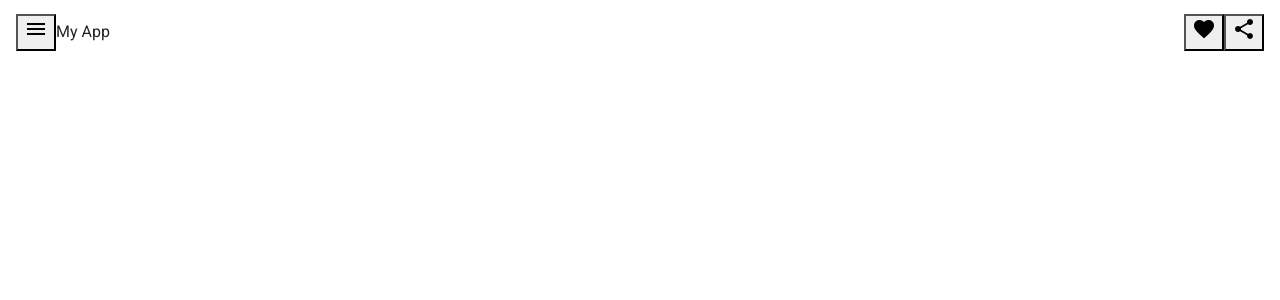
Repository: muriloopr/morilofitangular
Page: / (app in app/)
An editor plug-in stored every save of this project. The page is shown before and after a run of saves, followed by the edit.
The browser window is 1280 px wide. The pictures show the whole page.
The project was rebuilt for these pictures with package versions that can differ from the ones it lists, and the page was loaded fresh each time. Also part of the build but not shown: app/angular.json.

Above is the page before, as saved 2025-06-15 12:55:21.

### app/src/index.html
<!doctype html>
<html lang="en">
<head>
  <meta charset="utf-8">
  <title>App</title>
  <base href="/">
  <meta name="viewport" content="width=device-width, initial-scale=1">
  <link rel="icon" type="image/x-icon" href="favicon.ico">
  <link href="https://fonts.googleapis.com/css2?family=Roboto:wght@300;400;500&display=swap" rel="stylesheet">
  <link href="https://fonts.googleapis.com/icon?family=Material+Icons" rel="stylesheet">

</head>
<body class="mat-typography">
  <app-root></app-root>
</body>
</html>

### app/src/app/app.component.ts
import { Component } from '@angular/core';
import { RouterOutlet } from '@angular/router';
import { HomeComponent } from './home/home.component';
import { MatToolbarModule } from '@angular/material/toolbar';

@Component({
  selector: 'app-root',
  imports: [RouterOutlet, MatToolbarModule, HomeComponent],
  templateUrl: './app.component.html',
  styleUrl: './app.component.css'
})
export class AppComponent {
  title = 'app';
}

### app/src/app/home/home.component.ts
import {Component} from '@angular/core';
import {MatIconModule} from '@angular/material/icon';
import {MatButtonModule} from '@angular/material/button';
import {MatToolbarModule} from '@angular/material/toolbar';

@Component({
  selector: 'app-home',
  imports: [MatToolbarModule, MatButtonModule, MatIconModule],
  templateUrl: './home.component.html',
  styleUrl: './home.component.css'
})
export class HomeComponent {

}

### app/src/app/home/home.component.html

<mat-toolbar>
  <button matIconButton class="example-icon" aria-label="Example icon-button with menu icon">
    <mat-icon>menu</mat-icon>
  </button>
  <span>My App</span>
  <span class="example-spacer"></span>
  <button matIconButton class="example-icon favorite-icon" aria-label="Example icon-button with heart icon">
    <mat-icon>favorite</mat-icon>
  </button>
  <button matIconButton class="example-icon" aria-label="Example icon-button with share icon">
    <mat-icon>share</mat-icon>
  </button>
</mat-toolbar>

Loaded but not shown: app/src/styles.css (common file); app/src/main.ts (common file); app/src/app/app.config.ts (common file); app/src/app/app.routes.ts (common file); app/src/app/app.component.html (common file); app/src/app/home/home.component.css (common file); app/src/app/app.component.css (no copy from this time; the picture is the same without it)

After the next 2 saves:
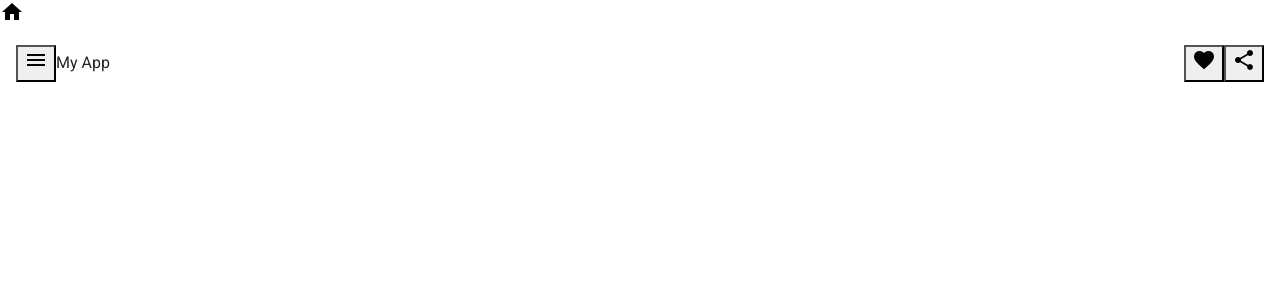
The 2 saves are shown as one change because they came seconds apart.
The last was saved 97 s later.
--- a/app/src/app/home/home.component.html
+++ b/app/src/app/home/home.component.html
@@ -1,4 +1,4 @@
-
+<mat-icon style="color: black;">home</mat-icon>
 <mat-toolbar>
   <button matIconButton class="example-icon" aria-label="Example icon-button with menu icon">
     <mat-icon>menu</mat-icon>

After the save that followed:
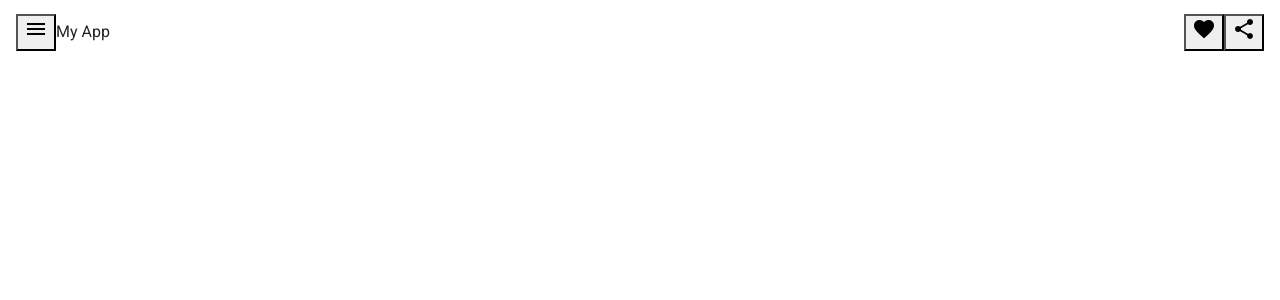
Saved 9 s later.
--- a/app/src/app/home/home.component.html
+++ b/app/src/app/home/home.component.html
@@ -1,4 +1,4 @@
-<mat-icon style="color: black;">home</mat-icon>
+
 <mat-toolbar>
   <button matIconButton class="example-icon" aria-label="Example icon-button with menu icon">
     <mat-icon>menu</mat-icon>
